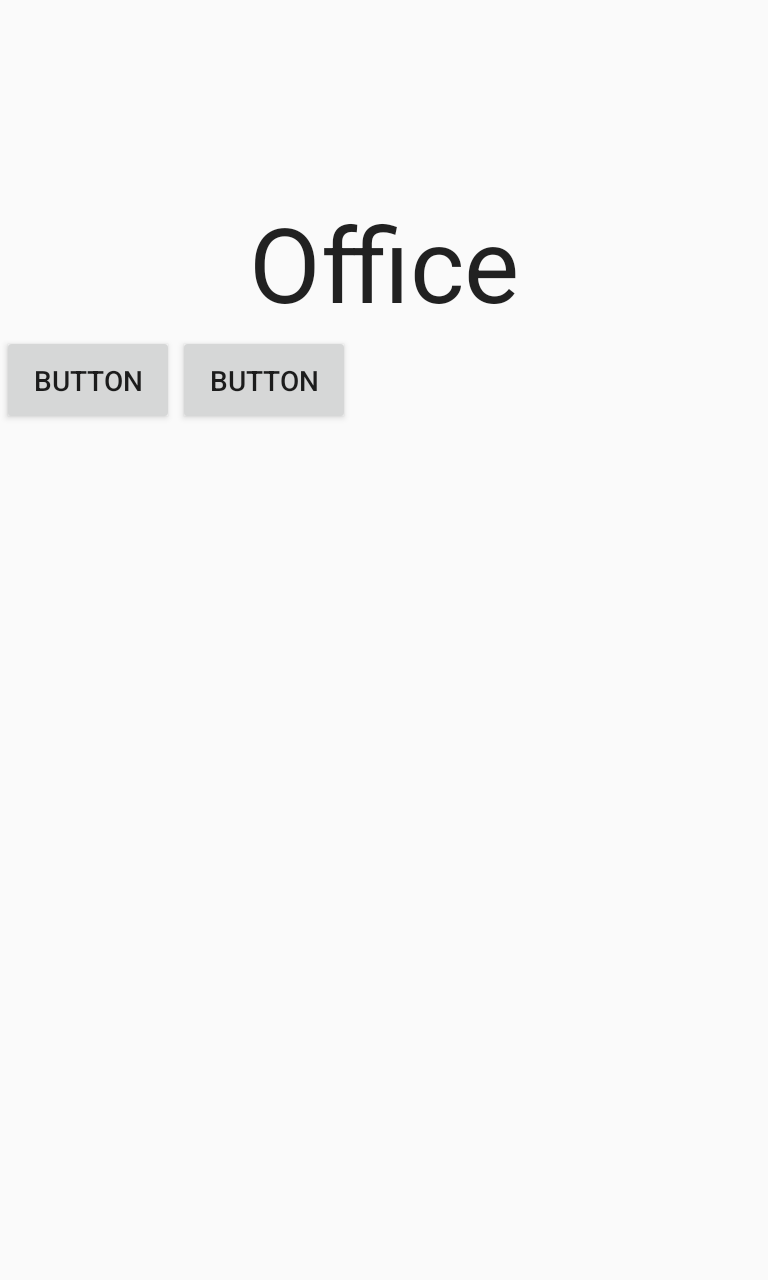
Repository: hessfr/contextRecognition
Layout: androidProjects/ContextRecognition/res/layout/activity_main.xml
The author's editor kept a copy of each file at every save. The layout is drawn from the files as they stood at one save, then again after the next save.
It is drawn on a 768 x 1280 px phone screen (xhdpi) without system bars, with theme AppTheme; the app's code is not run.

Above is the layout before, as saved 2014-05-30 07:14:41.

### androidProjects/ContextRecognition/res/layout/activity_main.xml
<LinearLayout xmlns:android="http://schemas.android.com/apk/res/android"
    xmlns:tools="http://schemas.android.com/tools"
    android:id="@+id/container"
    android:layout_width="match_parent"
    android:layout_height="match_parent"
    android:orientation="vertical"
    tools:context="com.example.contextrecognition.MainActivity"
    tools:ignore="MergeRootFrame" >

    <RelativeLayout
        android:layout_width="match_parent"
        android:layout_height="263dp" >

        <TextView
            android:id="@+id/textView1"
            android:layout_width="wrap_content"
            android:layout_height="wrap_content"
            android:layout_centerInParent="true"
            android:text="Office"
            android:textAppearance="?android:attr/textAppearanceLarge"
            android:textSize="52sp" />

            <LinearLayout
	        android:layout_width="wrap_content"
	        android:layout_height="wrap_content"
	        android:orientation="horizontal"
	        android:layout_centerHorizontal="True"
	        android:layout_below="@+id/textView1" >

                <Button
	                android:id="@+id/button2"
	                android:layout_width="wrap_content"
	                android:layout_height="wrap_content"
	                android:layout_alignParentRight="true"
	                android:layout_alignParentTop="true"
	                android:text="Button" />

            	<Button
	                android:id="@+id/button2"
	                android:layout_width="wrap_content"
	                android:layout_height="wrap_content"
	                android:layout_alignParentLeft="true"
	                android:layout_alignParentTop="true"
	                android:text="Button" />

	    	</LinearLayout>

    </RelativeLayout>



</LinearLayout>

Loaded but not shown: androidProjects/ContextRecognition/res/values/styles.xml (common file); androidProjects/ContextRecognition/res/values-v11/styles.xml (common file); androidProjects/ContextRecognition/res/values-v14/styles.xml (common file)

After the next save:
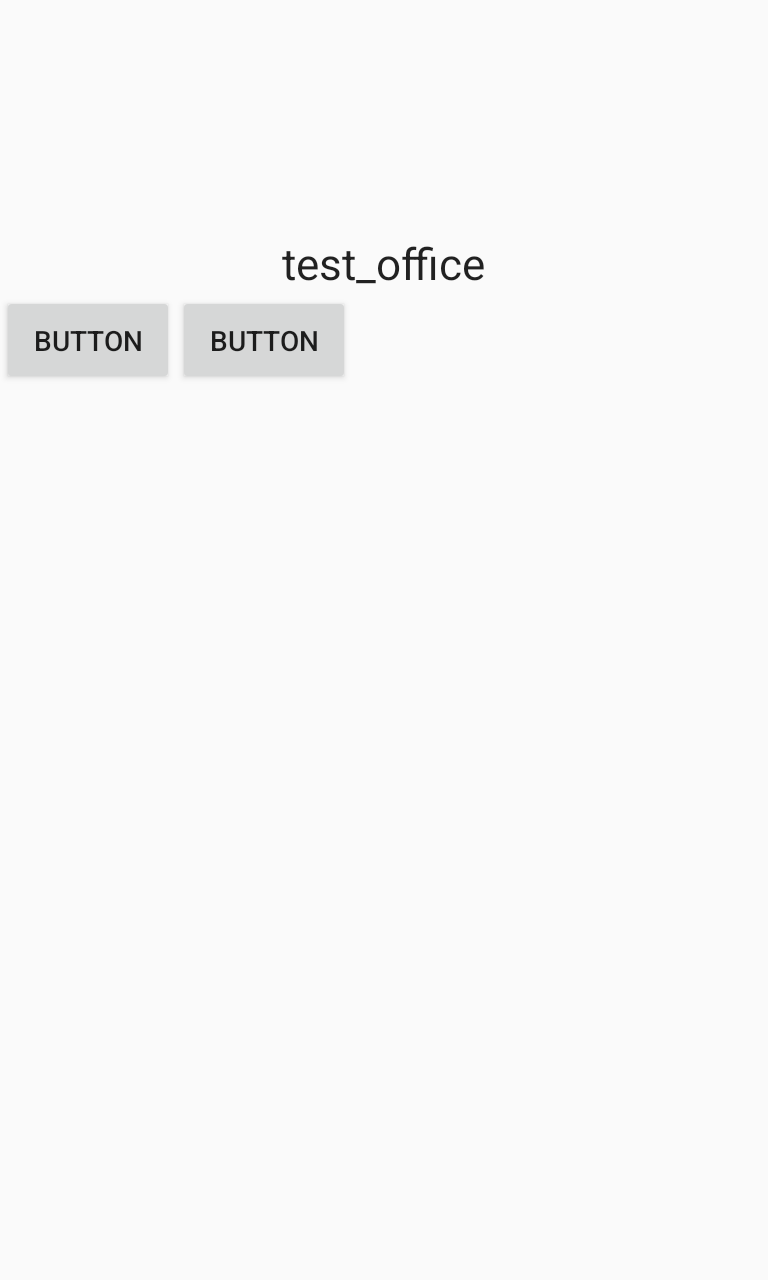
Saved 25 s later.
--- a/androidProjects/ContextRecognition/res/layout/activity_main.xml
+++ b/androidProjects/ContextRecognition/res/layout/activity_main.xml
@@ -16,9 +16,9 @@
             android:layout_width="wrap_content"
             android:layout_height="wrap_content"
             android:layout_centerInParent="true"
-            android:text="Office"
+            android:text="test_office"
             android:textAppearance="?android:attr/textAppearanceLarge"
-            android:textSize="52sp" />
+            android:textSize="@strings/52sp" />
 
             <LinearLayout
 	        android:layout_width="wrap_content"
